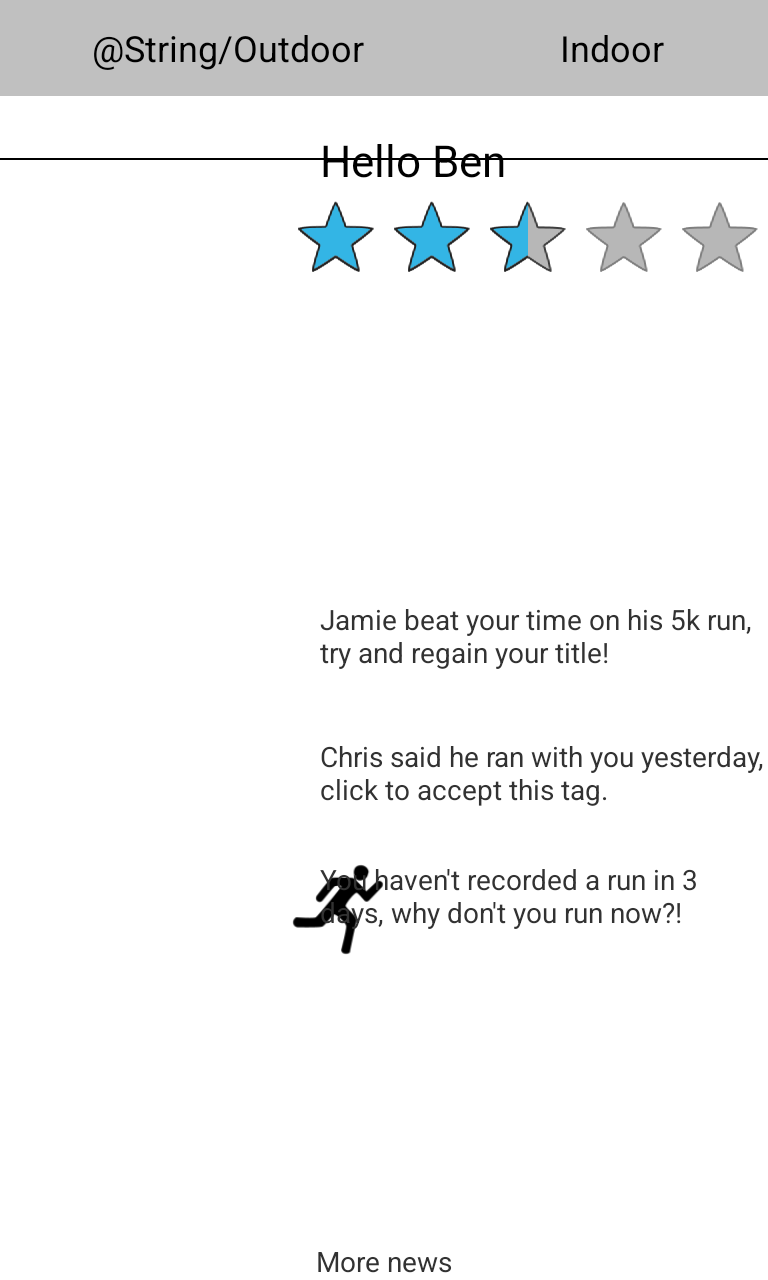
Repository: jamiemorris1991/GoMotion
Layout: GoMotion/res/layout/activity_home.xml
The author's editor kept a copy of each file at every save. The layout is drawn from the files as they stood at one save, then again after a run of saves.
It is drawn on a 768 x 1280 px phone screen (xhdpi) without system bars, with theme AppTheme; the app's code is not run.

Above is the layout before, as saved 2012-11-24 16:10:46.

### GoMotion/res/layout/activity_home.xml
<?xml version="1.0" encoding="utf-8"?>
<RelativeLayout xmlns:android="http://schemas.android.com/apk/res/android"
    android:layout_width="match_parent"
    android:layout_height="match_parent"
    android:orientation="vertical" >

    <LinearLayout
        xmlns:android="http://schemas.android.com/apk/res/android"
        android:id="@+id/linearLayout1"
        android:layout_width="match_parent"
        android:layout_height="wrap_content" >

        <Button
            android:id="@+id/btnOut"
            android:layout_width="wrap_content"
            android:layout_height="wrap_content"
            android:layout_gravity="center_vertical"
            android:layout_weight="1"
            android:background="@color/topNavBar"
            android:text="@String/Outdoor"
            android:textColor="@color/topNavBarText" />

        <Button
            android:id="@+id/btnIn"
            android:layout_width="wrap_content"
            android:layout_height="wrap_content"
            android:layout_gravity="center_vertical"
            android:layout_weight="1"
            android:background="@color/topNavBar"
            android:text="Indoor"
            android:textColor="@color/topNavBarText" />
    </LinearLayout>

    <View
        android:id="@+id/view1"
        android:layout_width="fill_parent"
        android:layout_height="1dip"
        android:layout_alignParentLeft="true"
        android:layout_below="@+id/quickContactBadge1"
        android:layout_marginTop="14dp"
        android:background="#000000" />

    <RatingBar
        android:id="@+id/ratingBar1"
        android:layout_width="wrap_content"
        android:layout_height="wrap_content"
        android:layout_alignParentRight="true"
        android:layout_below="@+id/textView1"
        android:minHeight="57dp"
        android:numStars="5"
        android:rating="2.5" />

    <QuickContactBadge
        android:id="@+id/quickContactBadge1"
        android:layout_width="wrap_content"
        android:layout_height="wrap_content"
        android:layout_below="@+id/linearLayout1"
        android:layout_marginTop="17dp"
        android:layout_toLeftOf="@+id/ratingBar1" />

    <TextView
        android:id="@+id/textView1"
        android:layout_width="wrap_content"
        android:layout_height="wrap_content"
        android:layout_alignLeft="@+id/ratingBar1"
        android:layout_alignTop="@+id/quickContactBadge1"
        android:layout_marginLeft="16dp"
        android:text="Hello Ben"
        android:textAppearance="?android:attr/textAppearanceLarge" />

    <TextView
        android:id="@+id/textView2"
        android:layout_width="wrap_content"
        android:layout_height="wrap_content"
        android:layout_alignLeft="@+id/textView1"
        android:layout_alignTop="@+id/quickContactBadge2"
        android:text="Jamie beat your time on his 5k run, try and regain your title!"
        android:textAppearance="?android:attr/textAppearanceSmall" />

    <QuickContactBadge
        android:id="@+id/quickContactBadge2"
        android:layout_width="wrap_content"
        android:layout_height="40dp"
        android:layout_centerVertical="true"
        android:layout_toLeftOf="@+id/ratingBar1" />

    <QuickContactBadge
        android:id="@+id/QuickContactBadge01"
        android:layout_width="wrap_content"
        android:layout_height="40dp"
        android:layout_below="@+id/quickContactBadge2"
        android:layout_marginTop="24dp"
        android:layout_toLeftOf="@+id/ratingBar1" />

    <ImageView
        android:id="@+id/imageView1"
        android:layout_width="50dp"
        android:layout_height="50dp"
        android:layout_alignLeft="@+id/QuickContactBadge01"
        android:layout_below="@+id/QuickContactBadge01"
        android:layout_marginTop="26dp"
        android:src="@drawable/ic_run" />

    <TextView
        android:id="@+id/TextView01"
        android:layout_width="wrap_content"
        android:layout_height="wrap_content"
        android:layout_alignBottom="@+id/QuickContactBadge01"
        android:layout_alignLeft="@+id/textView2"
        android:text="Chris said he ran with you yesterday, click to accept this tag."
        android:textAppearance="?android:attr/textAppearanceSmall" />

    <TextView
        android:id="@+id/TextView02"
        android:layout_width="wrap_content"
        android:layout_height="wrap_content"
        android:layout_alignLeft="@+id/TextView01"
        android:layout_alignTop="@+id/imageView1"
        android:text="You haven&apos;t recorded a run in 3 days, why don&apos;t you run now?!"
        android:textAppearance="?android:attr/textAppearanceSmall" />

    <TextView
        android:id="@+id/textView3"
        android:layout_width="wrap_content"
        android:layout_height="wrap_content"
        android:layout_alignParentBottom="true"
        android:layout_centerHorizontal="true"
        android:text="More news" />

</RelativeLayout>

### GoMotion/res/values/colors.xml
<?xml version="1.0" encoding="utf-8"?>
<resources>
    <color name="buttons">#C0C0C0</color>
    <color name="topNavBar">#C0C0C0</color>
    <color name="buttonsText">#FFFFFF</color>
    <color name="topNavBarText">#000000</color>
    <color name="goBlue">#6488D9</color>
    <color name="goGrey">#AAAAAA</color>
    <color name="background">#FFFFFF</color>
    <color name="timerBackground">#435888</color>
    <color name="blueBackground">#E4E4FF</color>
    <color name="hoverBlue">#0000FF</color>
</resources>

Loaded but not shown: GoMotion/res/values-v11/styles.xml (common file); GoMotion/res/values-v14/styles.xml (common file); GoMotion/res/values/styles.xml (common file)

After the next 2 saves:
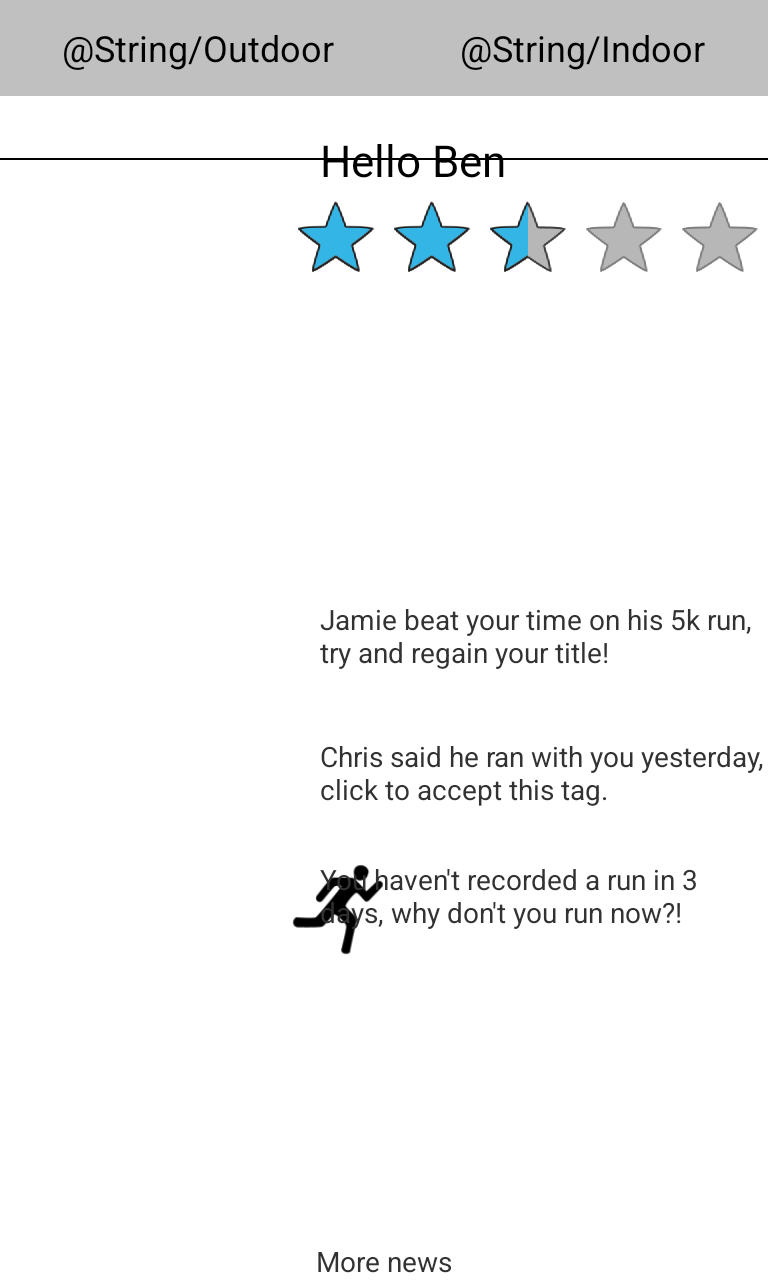
The 2 saves are shown as one change because 1 did not build or start.
The last was saved 20 s later.
--- a/GoMotion/res/layout/activity_home.xml
+++ b/GoMotion/res/layout/activity_home.xml
@@ -27,7 +27,7 @@
             android:layout_gravity="center_vertical"
             android:layout_weight="1"
             android:background="@color/topNavBar"
-            android:text="Indoor"
+            android:text="@String/Indoor"
             android:textColor="@color/topNavBarText" />
     </LinearLayout>
 
